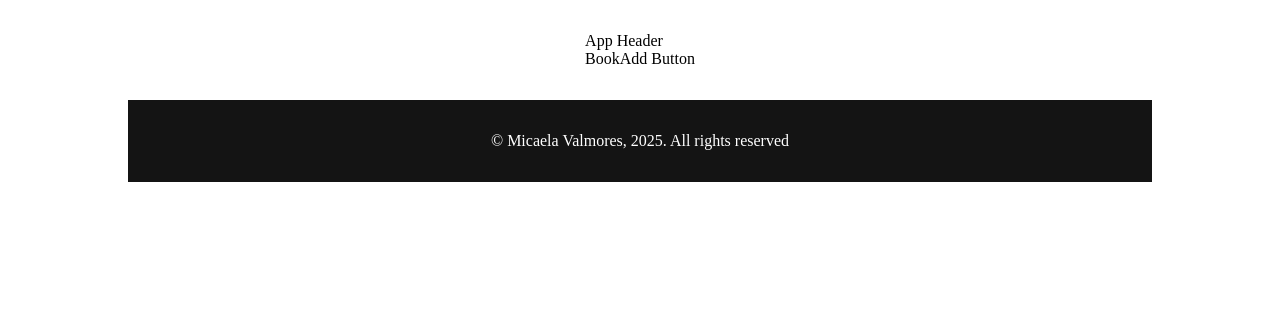
Repository: Micaelavalmores/COMP3170-Data-Fetching
Page: /
An editor plug-in stored every save of this project. The page is shown before and after the next save, followed by the edit.
The browser window is 1280 px wide. The pictures show the whole page.
The project was rebuilt for these pictures with package versions that can differ from the ones it lists, and the page was loaded fresh each time. Also part of the build but not shown: vite.config.js.

Above is the page before, as saved 2025-09-22 17:55:40.

### index.html
<!doctype html>
<html lang="en">
  <head>
    <meta charset="UTF-8" />
    <meta name="viewport" content="width=device-width, initial-scale=1.0" />
    <title>Book Catalog</title>
  </head>
  <body>
    <div id="root"></div>
    <script type="module" src="/src/main.jsx"></script>
  </body>
</html>

### src/index.css
body {
  margin: 0 auto;
}

.app {
  display: flex;
  flex-direction: column;
  width: 80%;
  margin: 0 auto;
  background: #fff;
  /* min-height: 100%; */
  justify-content: space-between;

  footer {
    padding: 0 2em;
    background: #141414;
    color: #fff;

    p {
        text-align: center;
        padding: 1em 0;
    }
  }

  .content {
    margin: 2em auto;

  }

}

### src/App.jsx
import Footer from "./components/Footer";
import Book from "./components/Book";
import AppHeader from "./components/AppHeader";
import AddButton from "./components/AddButton";


function App () {
  return (
    <div className="app">
      <section className="content">
        <AppHeader />
        <div className="mainContent">
          <Book />
          <AddButton />
        </div>
      </section>
        <Footer />
    </div>
  )
}

export default App;

### src/components/Footer.jsx
function Footer() {
    return (
        <footer>
            <p>&copy; Micaela Valmores, 2025. All rights reserved</p>
        </footer>
    );
}

export default Footer;

### src/components/Book.jsx
function Book () {
    return 'Book';
}

export default Book;

### src/components/AppHeader.jsx


function AppHeader () {
    return 'App Header';
}

export default AppHeader;

### src/components/AddButton.jsx
function AddButton () {
    return `Add Button`;
}

export default AddButton;

Loaded but not shown: src/main.jsx (common file)

After the next save:
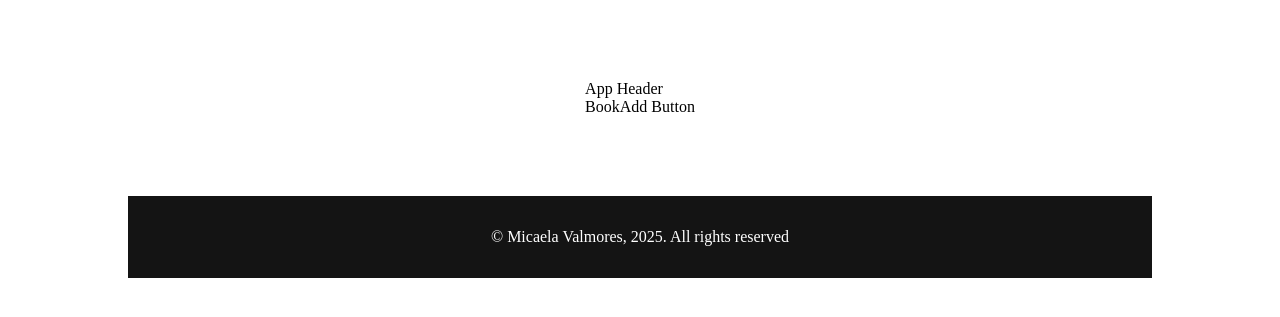
Saved 4 s later.
--- a/src/index.css
+++ b/src/index.css
@@ -24,7 +24,7 @@ body {
 
   .content {
     margin: 2em auto;
-
+    padding: 3em;
   }
 
 }
